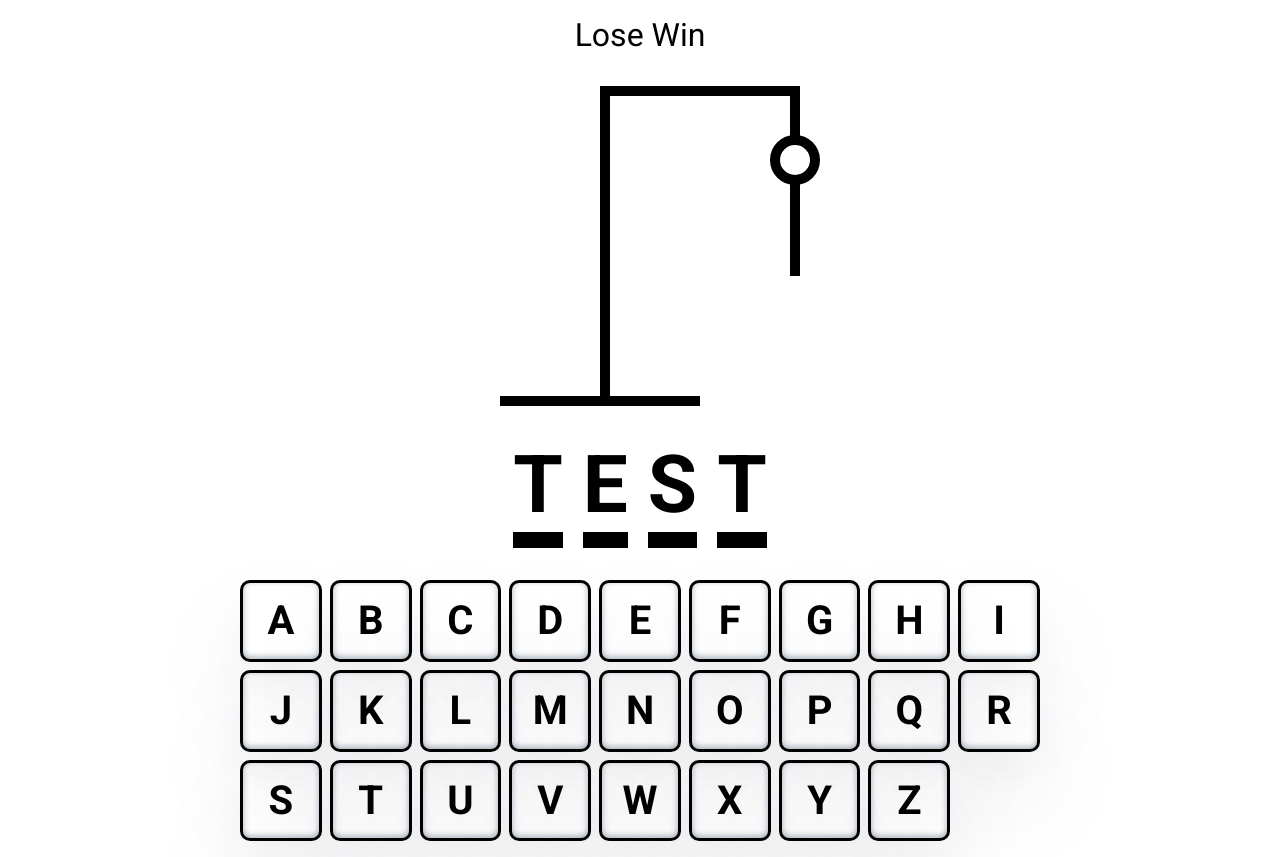
Repository: guilhermecardoso93/jogodaforca
Page: /
The author's editor kept a copy of each file at every save. The page is drawn from the files as they stood at one save, then again after the next save.
The browser window is 1280 px wide. The pictures show the whole page.
The project was rebuilt for these pictures with package versions that can differ from the ones it lists, and the page was loaded fresh each time. Also part of the build but not shown: vite.config.ts.

Above is the page before, as saved 2022-12-06 21:47:24.

### index.html
<!DOCTYPE html>
<html lang="en">
  <head>
    <meta charset="UTF-8" />
    <link rel="icon" type="image/svg+xml" href="/vite.svg" />
    <meta name="viewport" content="width=device-width, initial-scale=1.0" />
    <link rel="preconnect" href="https://fonts.googleapis.com"><link
      rel="preconnect" href="https://fonts.gstatic.com" crossorigin><link
      href="https://fonts.googleapis.com/css2?family=Roboto:ital,wght@0,400;0,500;0,700;1,400&display=swap"
      rel="stylesheet">
    <title>Vite + React + TS</title>
  </head>
  <body>
    <div id="root"></div>
    <script type="module" src="/src/main.tsx"></script>
  </body>
</html>

### src/App.tsx
import { useState } from "react";
import words from "./wordList.json";

import { HangmanDrawing } from "./components/HangmanDrawing";
import { HangmanWord } from "./components/HangmanWord";
import { Keyboard } from "./components/Keyboard";

import "./App.css";

export function App() {
  const randomWords = () => {
    return words[Math.floor(Math.random() * words.length)];
  };

  const [wordToGuess, setWordToGuess] = useState(randomWords);
  const [guessedLetters, setGuessedLetters] = useState<string[]>(['s','g']);

  const incorrectLetters = guessedLetters.filter(
    letter => !wordToGuess.includes(letter)
  )

  console.log(wordToGuess);
  return (
    <div className="container">
      <div className="loseOrWin">Lose Win</div>
      <HangmanDrawing numberOfGuesses={incorrectLetters.length}/>
      <HangmanWord />
      <div style={{ alignSelf: "stretch" }}>
        <Keyboard />
      </div>
    </div>
  );
}

### src/wordList.json
[
  "capaz",
  "sobre",
  "absoluto",
  "aceitar",
  "conta",
  "alcançar",
  "através",
  "ativo",
  "real",
  "Admitem",
  "anunciar",
  "afetar",
  "proporcionar",
  "depois",
  "tarde",
  "novamente",
  "contra",
  "agente",
  "aceita",
  "permitir",
  "quase",
  "já",
  "tudo bem",
  "também",
  "Apesar",
  "sempre",
  "América",
  "quantia",
  "outro",
  "responda",
  "separado",
  "aparente",
  "aparecer",
  "Aplique",
  "nomear",
  "abordagem",
  "apropriado",
  "área",
  "argumentar",
  "arranjo",
  "associado",
  "presumir",
  "participar",
  "autoridade",
  "acessível",
  "consciente",
  "horrível",
  "bebê",
  "Saldo",
  "bola",
  "banco",
  "base",
  "base",
  "urso",
  "bater",
  "beleza",
  "Porque",
  "antes da",
  "começar",
  "acreditam",
  "beneficiar",
  "melhor",
  "entre",
  "conta",
  "nascimento",
  "Preto",
  "cara",
  "sangue",
  "golpe",
  "limite",
  "linha",
  "Lista",
  "ouço",
  "pequena",
  "viver",
  "carregar",
  "local",
  "trancar",
  "Londres",
  "grandes",
  "olhar",
  "senhor",
  "perder",
  "amor",
  "sorte",
  "almoço",
  "máquina",
  "faço",
  "gerir",
  "muitos",
  "marca",
  "mercado",
  "casar",
  "Combine",
  "matéria",
  "significa",
  "significado",
  "a medida",
  "encontrar",
  "membro",
  "menção",
  "meio",
  "poderia",
  "milha",
  "ouvir",
  "coração",
  "aquecer",
  "pesado",
  "inferno",
  "ajuda",
  "aqui",
  "Alto",
  "história",
  "aguarde",
  "feriado",
  "casa",
  "honesto",
  "esperança",
  "cavalo",
  "hospital",
  "hora",
  "lar",
  "Contudo",
  "olá",
  "centenas",
  "esposo",
  "idéia",
  "identificar",
  "Imagine",
  "importante",
  "melhorar",
  "incluir",
  "renda",
  "aumentar",
  "na verdade",
  "Individual",
  "indústria",
  "informar",
  "garantir",
  "interesse",
  "em",
  "introduzir",
  "investir",
  "envolver",
  "questão",
  "item",
  "Jesus",
  "Junte",
  "juiz",
  "pular",
  "apenas",
  "guarda",
  "matar",
  "Gentil",
  "rei",
  "cozinha",
  "bater",
  "conhecer",
  "trabalho",
  "senhora",
  "terra",
  "Língua",
  "ampla",
  "último",
  "tarde",
  "riso",
  "conduzir",
  "aprender",
  "sair",
  "deixei",
  "menos",
  "carta",
  "nível",
  "vida",
  "leve",
  "Curti",
  "provável",
  "cinco",
  "apartamento",
  "piso",
  "Segue",
  "Comida",
  "pé",
  "força",
  "esquecer",
  "Formato",
  "fortuna",
  "frente",
  "quatro",
  "França",
  "gratuitamente",
  "amigo",
  "a partir de",
  "frente",
  "cheio",
  "função",
  "fundo",
  "futuro",
  "jogos",
  "jardim",
  "em geral",
  "Alemanha",
  "menina",
  "dar",
  "vidro",
  "Boa",
  "adeus",
  "governo",
  "grande",
  "conceder",
  "excelente",
  "verde",
  "chão",
  "grupo",
  "crescer",
  "acho",
  "cabelo",
  "metade",
  "corredor",
  "mão",
  "pendurar",
  "acontecer",
  "feliz",
  "duro",
  "odiar",
  "tenho",
  "cabeça",
  "saúde"
]

### src/components/HangmanDrawing.tsx
const HEAD = (
  <div
    style={{
      width: "50px",
      height: "50px",
      borderRadius: "100%",
      border: "10px solid black",
      position: "absolute",
      top: "49px",
      right: "-20px",
    }}
  />
);

const BODY = (
  <div
    style={{
      width: "10px",
      height: "100px",
      background: "black",
      position: "absolute",
      top: "90px",
      right: 0,
    }}
  />
);

const RIGHT_ARM = (
  <div
    style={{
      width: "100px",
      height: "10px",
      background: "black",
      position: "absolute",
      top: "120px",
      right: "-100px",
      rotate: "-30deg",
      transformOrigin: "left bottom",
    }}
  />
);

const LEFT_ARM = (
  <div
    style={{
      width: "100px",
      height: "10px",
      background: "black",
      position: "absolute",
      top: "120px",
      right: "10px",
      rotate: "30deg",
      transformOrigin: "right bottom",
    }}
  />
);

const RIGHT_LEG = (
  <div
    style={{
      width: "100px",
      height: "10px",
      background: "black",
      position: "absolute",
      top: "180px",
      right: "-90px",
      rotate: "60deg",
      transformOrigin: "left bottom",
    }}
  />
);

const LEFT_LEG = (
  <div
    style={{
      width: "100px",
      height: "10px",
      background: "black",
      position: "absolute",
      top: "180px",
      right: 0,
      rotate: "-60deg",
      transformOrigin: "right bottom",
    }}
  />
);

const BODY_PARTS = [HEAD, BODY, RIGHT_ARM, LEFT_ARM, RIGHT_LEG, LEFT_LEG];

type HangmanDrawingProps = {
  numberOfGuesses: number
}

export function HangmanDrawing({numberOfGuesses}:HangmanDrawingProps ) {
  return (
    <div style={{ position: "relative" }}>
      {BODY_PARTS.slice(0, numberOfGuesses)}
      <div
        style={{
          height: "50px",
          width: "10px",
          background: "black",
          position: "absolute",
          top: 0,
          right: 0,
        }}
      />
      <div
        style={{
          height: "10px",
          width: "200px",
          background: "black",
          marginLeft: "120px",
        }}
      />
      <div
        style={{
          height: "300px",
          width: "10px",
          background: "black",
          marginLeft: "120px",
        }}
      />
      <div style={{ height: "10px", width: "200px", marginLeft: '20px', background: "black" }} />
    </div>
  );
}

### src/components/HangmanWord.tsx
import "../App.css";

export function HangmanWord() {
  const word = "test";
  const guessedLetters = ["t", "e", "s"];

  return (
    <div className="HangmanWordContainer">
      {word.split("").map((letter, index) => (
        <span key={index}>
          <span
            style={{
              visibility: guessedLetters.includes(letter)
                ? "visible"
                : "hidden",
            }}
          >
            {letter}
          </span>
        </span>
      ))}
    </div>
  );
}

### src/components/Keyboard.tsx
import styles from "./Keyboard.module.css";
const KEYS = [
  "a",
  "b",
  "c",
  "d",
  "e",
  "f",
  "g",
  "h",
  "i",
  "j",
  "k",
  "l",
  "m",
  "n",
  "o",
  "p",
  "q",
  "r",
  "s",
  "t",
  "u",
  "v",
  "w",
  "x",
  "y",
  "z",
];

export function Keyboard() {
  return (
    <div className={styles.KeyboardContainer}>
      {KEYS.map((key) => {
        return (
          <button key={key} className={styles.btn}>
            {key}
          </button>
        );
      })}
    </div>
  );
}

### src/App.css
* {
  margin: 0;
  passing: 0;
  box-sizing: border-box;
  font-family: "Roboto", sans-serif;
}

body {
  margin: 1rem;
}

.container {
  max-width: 800px;
  display: flex;
  flex-direction: column;
  gap: 2rem;
  margin: 0 auto;
  align-items: center;
  justify-content: center;
}

.loseOrWin {
  font-size: 2rem;
  text-align: center;
}

.HangmanWordContainer {
  display: flex;
  gap: 0.25em;
  font-size: 5rem;
  font-weight: bold;
  text-transform: uppercase;
}

.HangmanWordContainer > span {
  border-bottom: 1rem solid black;
}

.HangmanWordContainer .invisibleLetter {
  visibility: hidden;
}

### src/components/Keyboard.module.css
.KeyboardContainer {
  display: grid;
  grid-template-columns: repeat(auto-fit, minmax(75px, 1fr));
  gap: 0.5rem;
  align-itens: center;
}

.btn {
  width: 100%;
  border: 3px solid black;
  background: none;
  aspect-ratio: 1 / 1;
  font-size: 2.5rem;
  text-transform: uppercase;
  padding: 0.5rem;
  font-weight: bold;
  cursor: pointer;
  color: black;
  border-radius: 10px;
  box-shadow: rgba(50, 50, 93, 0.25) 0px 50px 100px -20px,
    rgba(0, 0, 0, 0.3) 0px 30px 60px -30px,
    rgba(10, 37, 64, 0.35) 0px -2px 6px 0px inset;
}

.btn.active {
  background-color: hsl(200, 100%, 50%);
  color: white;
}

.btn.inactive {
  opacity: 0.3;
}

.btn:hover:not(:disabled),
.btn:focus:not(:disabled) {
  background-color: hsl(200, 100%, 75%);
}

Loaded but not shown: src/main.tsx (common file)

After the next save:
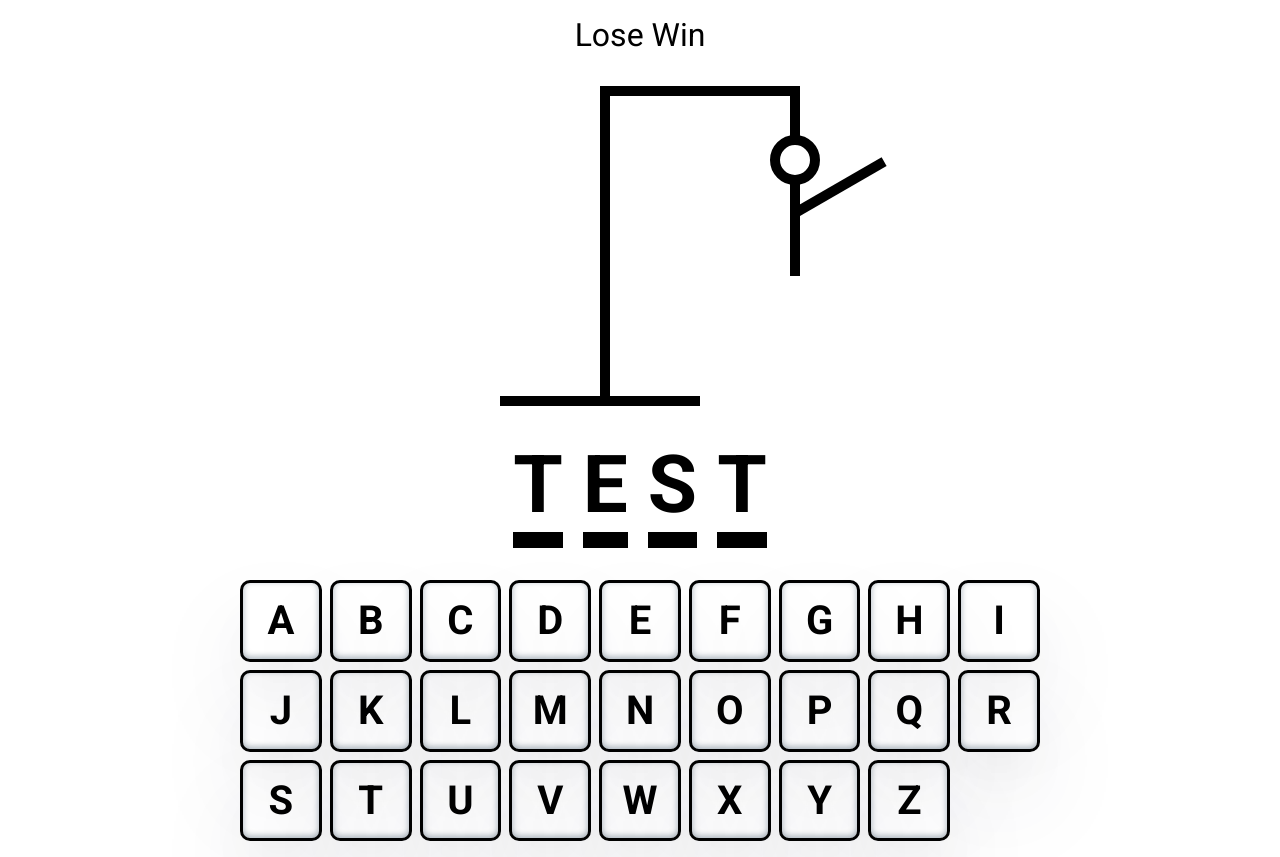
Saved 4 s later.
--- a/src/App.tsx
+++ b/src/App.tsx
@@ -13,7 +13,7 @@ export function App() {
   };
 
   const [wordToGuess, setWordToGuess] = useState(randomWords);
-  const [guessedLetters, setGuessedLetters] = useState<string[]>(['s','g']);
+  const [guessedLetters, setGuessedLetters] = useState<string[]>(['s','g','a']);
 
   const incorrectLetters = guessedLetters.filter(
     letter => !wordToGuess.includes(letter)
